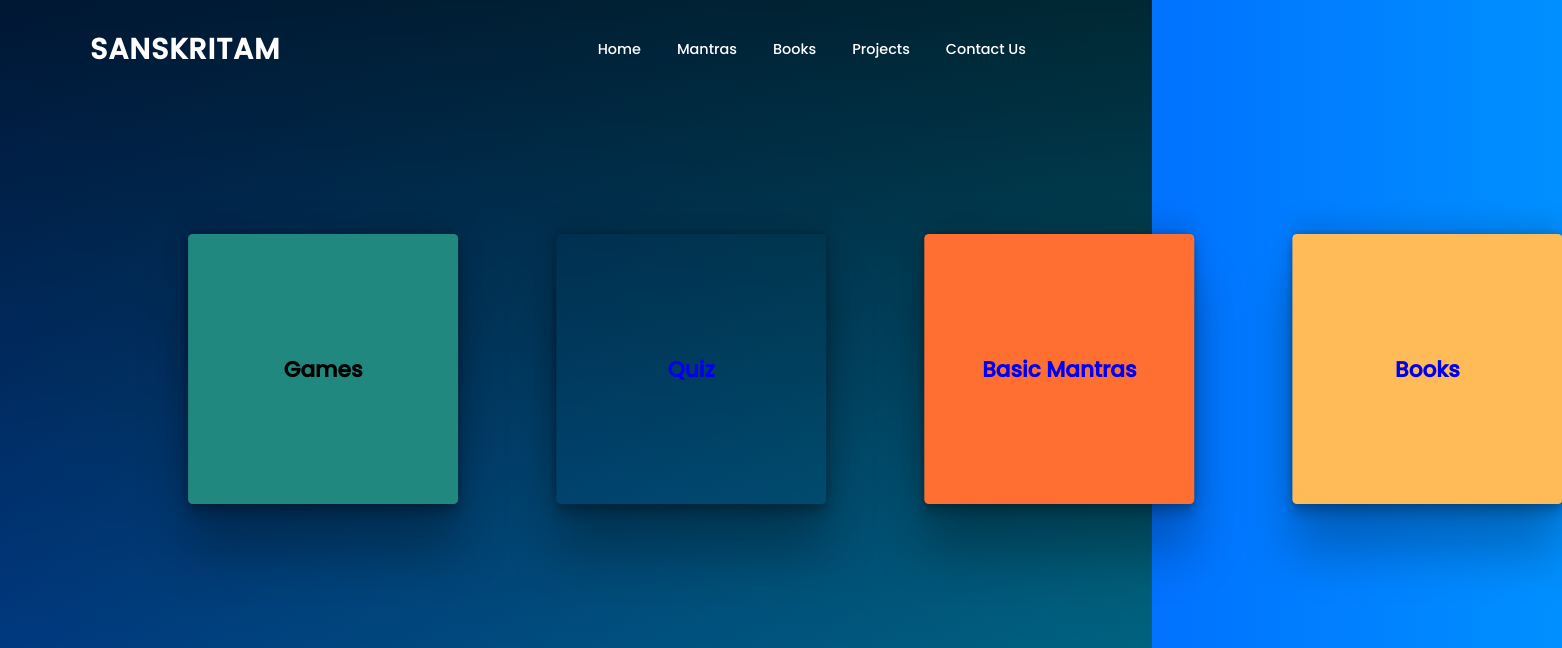
Repository: ritikalohia/Sanskritam
Page: index.html
The author's editor kept a copy of each file at every save. The page is drawn from the files as they stood at one save, then again after a run of saves.
The browser window is 1280 px wide. The page is 1736 px wide, so the pictures cover 1736 px, including what lies to the right of the window. The pictures show the whole page, at 90% of full size.

Above is the page before, as saved 2021-01-04 16:34:51.

After the next 2 saves:
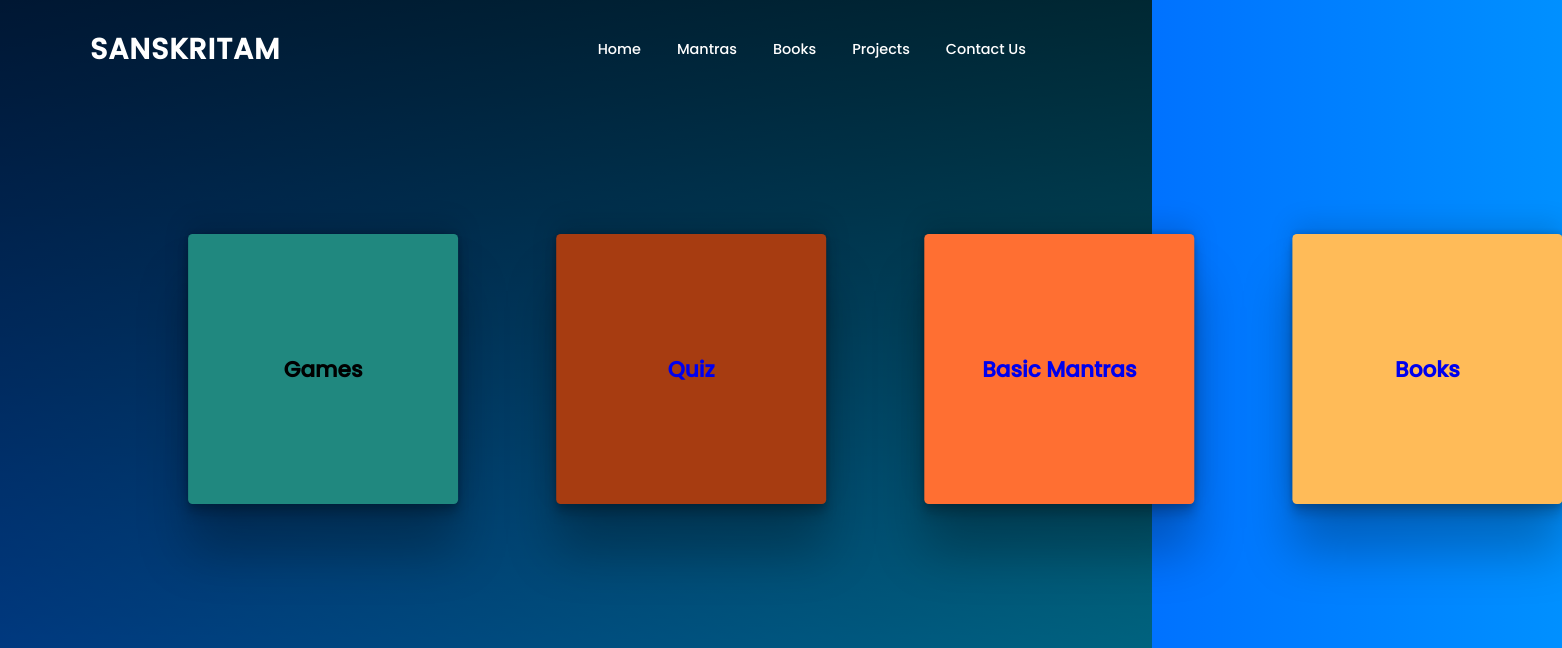
The 2 saves are shown as one change because they came seconds apart.
The last was saved 7 s later.
--- a/style.css
+++ b/style.css
@@ -180,9 +180,9 @@ header .navigation li a.left:hover:before {
       background-color: #20887f;
     }
 
-    /* .C2{
+    .C2{
         background-color: #A73C11;
-    } */
+    }
 
     .C3{
         background-color: #FF6F32;
